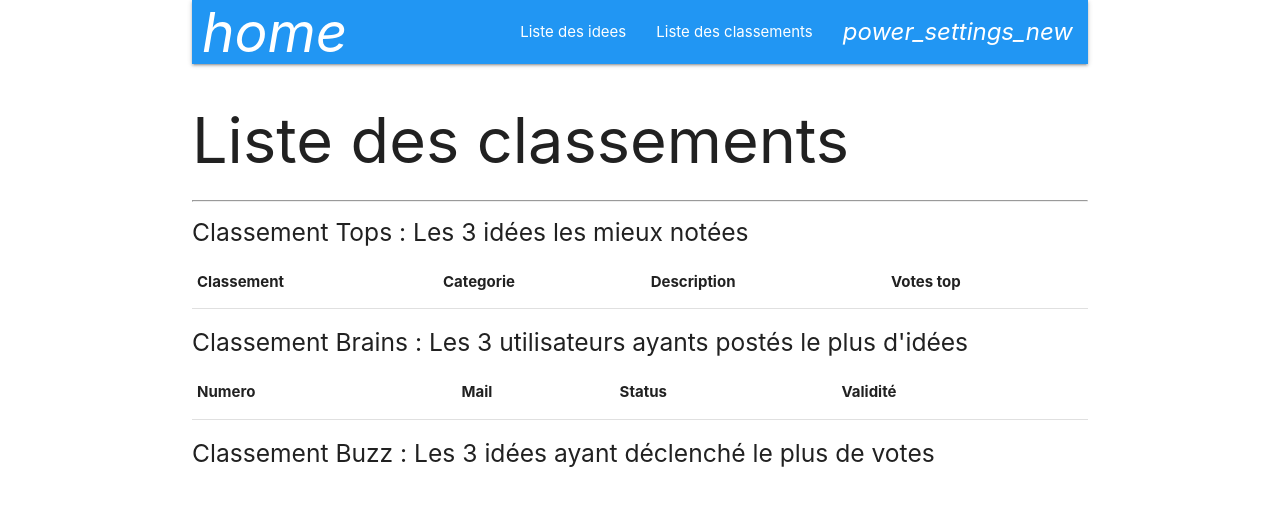
Repository: thdal/Atelier_JEE_16_02
Page: http://localhost/Atelier_JEE_16_02/WEB-INF/pages/classement/ListClassement.jsp
An editor plug-in stored every save of this project. The page is shown before and after the next save, followed by the edit.
The browser window is 1280 px wide. The pictures show the whole page.
The page is served by Tomcat 9. Nobody is signed in. The template is opened directly, without the code that normally fills it, so the values that code supplies are empty.

Above is the page before, as saved 2021-02-27 02:22:32.

After the next save:
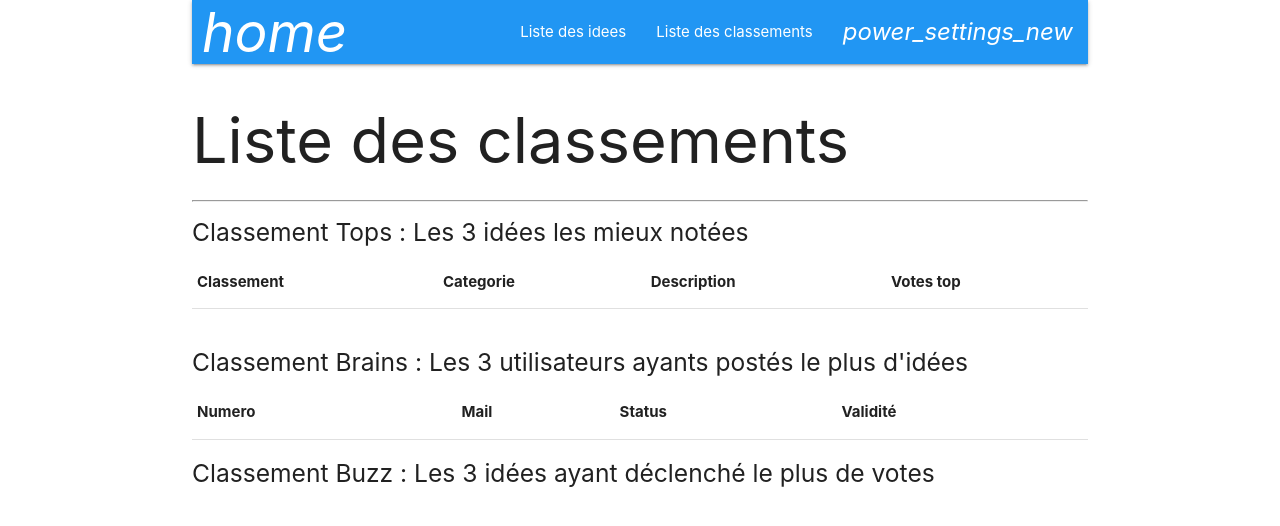
Saved 9 s later.
--- a/Atelier_JEE_16_02/src/main/webapp/WEB-INF/pages/classement/ListClassement.jsp
+++ b/Atelier_JEE_16_02/src/main/webapp/WEB-INF/pages/classement/ListClassement.jsp
@@ -14,7 +14,7 @@
 
 <h5>Classement Tops : Les 3 idées les mieux notées</h5>
 
-<table style="margin-bottom:20px;" class="left">
+<table style="margin-bottom:40px;" class="left">
    <thead>
        <tr>
            <th>Classement</th>
